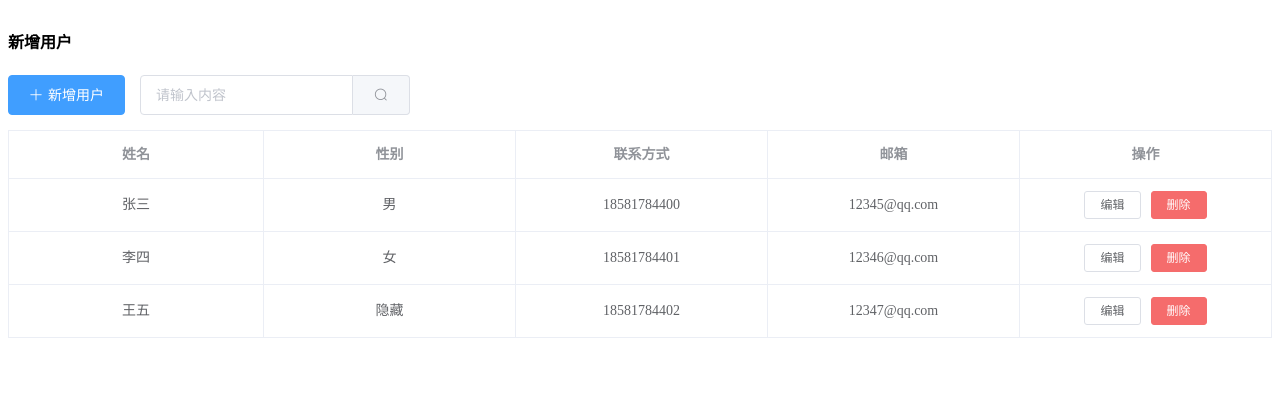
Repository: xinwuhao/New-user
Page: /
An editor plug-in stored every save of this project. The page is shown before and after the next save, followed by the edit.
The browser window is 1280 px wide. The pictures show the whole page.
The project was rebuilt for these pictures with package versions that can differ from the ones it lists, and the page was loaded fresh each time.

Above is the page before, as saved 2021-12-21 17:05:00.

After the next save:
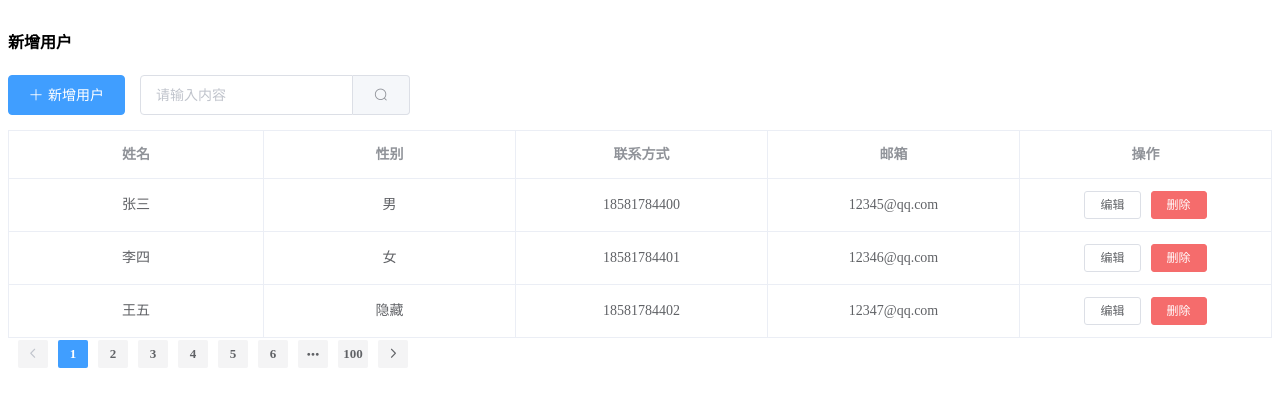
Saved 111 s later.
--- a/src/views/Home.vue
+++ b/src/views/Home.vue
@@ -48,6 +48,8 @@
             </template>
           </el-table-column>
         </el-table>
+        <el-pagination background layout="prev, pager, next" :total="1000">
+        </el-pagination>
       </div>
       <!-- 新增内容弹出层 -->
       <el-dialog title="提示" :visible.sync="dialogVisible" width="30%">
